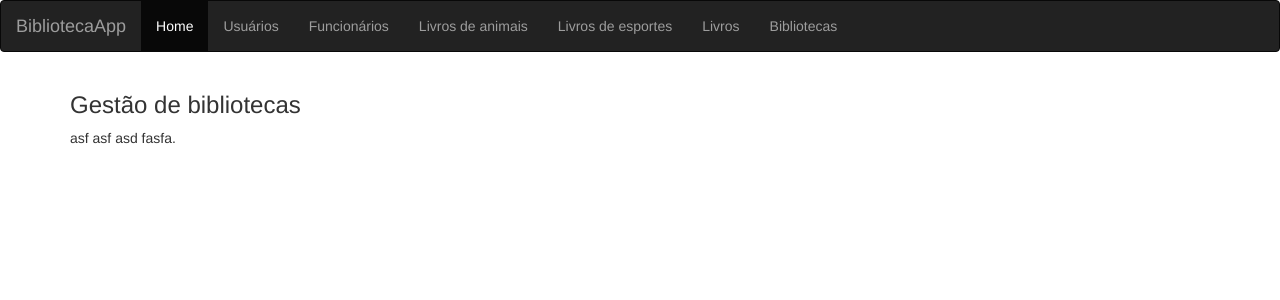
Repository: rafaeldomenici/JavaWeb_AT
Page: rafaeldomenici/src/main/resources/index.html
The author's editor kept a copy of each file at every save. The page is drawn from the files as they stood at one save, then again after the next save.
The browser window is 1280 px wide. The pictures show the whole page.

Above is the page before, as saved 2024-04-01 17:01:42.

### rafaeldomenici/src/main/resources/index.html
<!DOCTYPE html>
<html lang="en">
<head>
  <title>BBibliotecaApp</title>
  <meta charset="utf-8">
  <meta name="viewport" content="width=device-width, initial-scale=1">
  <link rel="stylesheet" href="https://maxcdn.bootstrapcdn.com/bootstrap/3.4.1/css/bootstrap.min.css">
  <script src="https://ajax.googleapis.com/ajax/libs/jquery/3.7.1/jquery.min.js"></script>
  <script src="https://maxcdn.bootstrapcdn.com/bootstrap/3.4.1/js/bootstrap.min.js"></script>
</head>
<body>

<nav class="navbar navbar-inverse">
  <div class="container-fluid">
    <div class="navbar-header">
      <a class="navbar-brand" href="#">BibliotecaApp</a>
    </div>
    <ul class="nav navbar-nav">
      <li class="active"><a href="#">Home</a></li>
      <li><a href="/usuario">Usuários</a></li>
      <li><a href="/funcionario/lista">Funcionários</a></li>
      <li><a href="#">Livros de animais</a></li>
      <li><a href="#">Livros de esportes</a></li>
      <li><a href="#">Livros</a></li>
      <li><a href="#">Bibliotecas</a></li>
    </ul>
  </div>
</nav>

<div class="container">
  <h3>Gestão de bibliotecas</h3>
  <p>asf asf asd fasfa.</p>
</div>

</body>
</html>

After the next save:
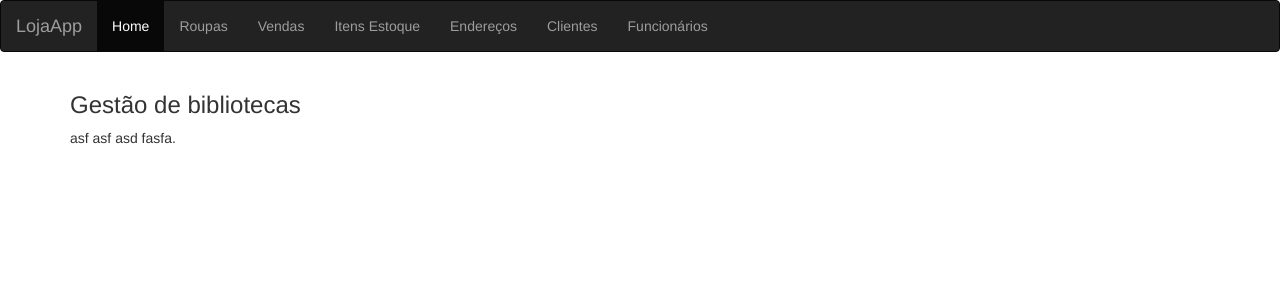
Saved 4 min 42 s later.
--- a/rafaeldomenici/src/main/resources/index.html
+++ b/rafaeldomenici/src/main/resources/index.html
@@ -13,16 +13,16 @@
 <nav class="navbar navbar-inverse">
   <div class="container-fluid">
     <div class="navbar-header">
-      <a class="navbar-brand" href="#">BibliotecaApp</a>
+      <a class="navbar-brand" href="#">LojaApp</a>
     </div>
     <ul class="nav navbar-nav">
       <li class="active"><a href="#">Home</a></li>
-      <li><a href="/usuario">Usuários</a></li>
+      <li><a href="/roupa/lista">Roupas</a></li>
+      <li><a href="/venda/lista">Vendas</a></li>
+      <li><a href="/itemEstoque/lista">Itens Estoque</a></li>
+      <li><a href="/endereco/lista">Endereços</a></li>
+      <li><a href="/cliente/lista">Clientes</a></li>
       <li><a href="/funcionario/lista">Funcionários</a></li>
-      <li><a href="#">Livros de animais</a></li>
-      <li><a href="#">Livros de esportes</a></li>
-      <li><a href="#">Livros</a></li>
-      <li><a href="#">Bibliotecas</a></li>
     </ul>
   </div>
 </nav>
